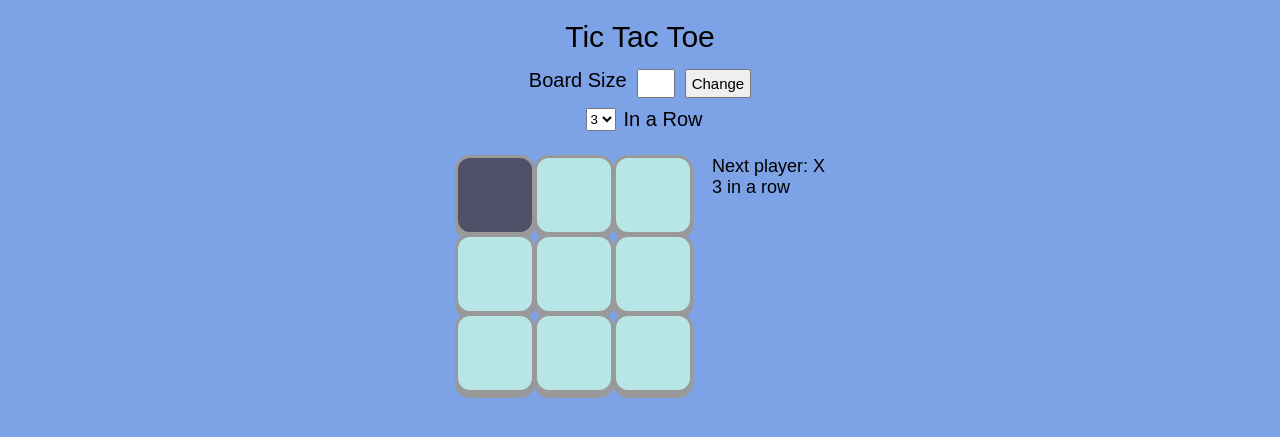
Repository: yshong211/tic-tac-toe-0708
Page: /
An editor plug-in stored every save of this project. The page is shown before and after the next save, followed by the edit.
The browser window is 1280 px wide. The pictures show the whole page.
The pointer rests on the first visible `.square`.
The project was rebuilt for these pictures with package versions that can differ from the ones it lists, and the page was loaded fresh each time.

Above is the page before, as saved 2020-07-09 10:24:23.

After the next save:
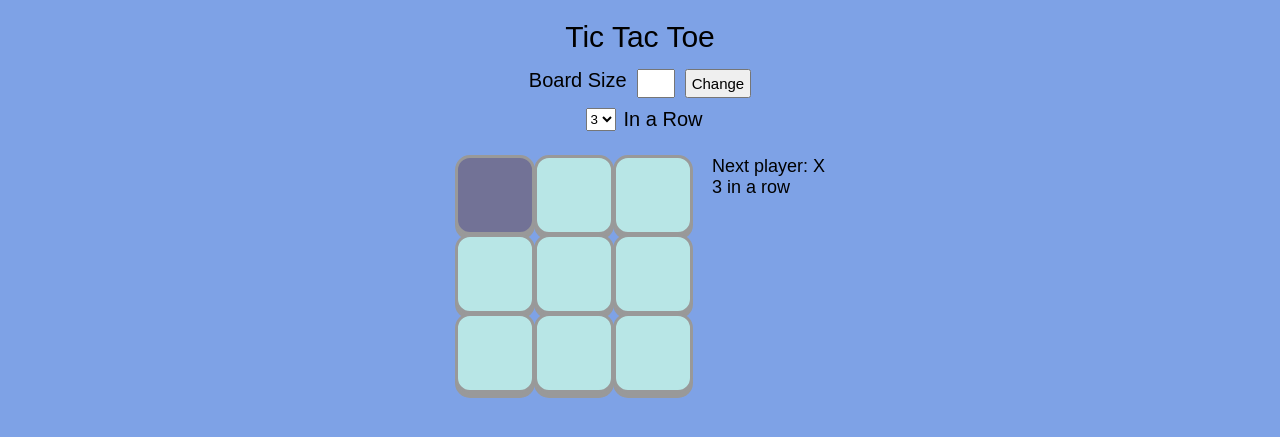
Saved 35 s later.
--- a/src/components/square/square.css
+++ b/src/components/square/square.css
@@ -18,7 +18,7 @@
 }
 
 .square:hover {
-  background-color: #505069;
+  background-color: #727296;
 }
 .square:active {
   background-color: #525252;
